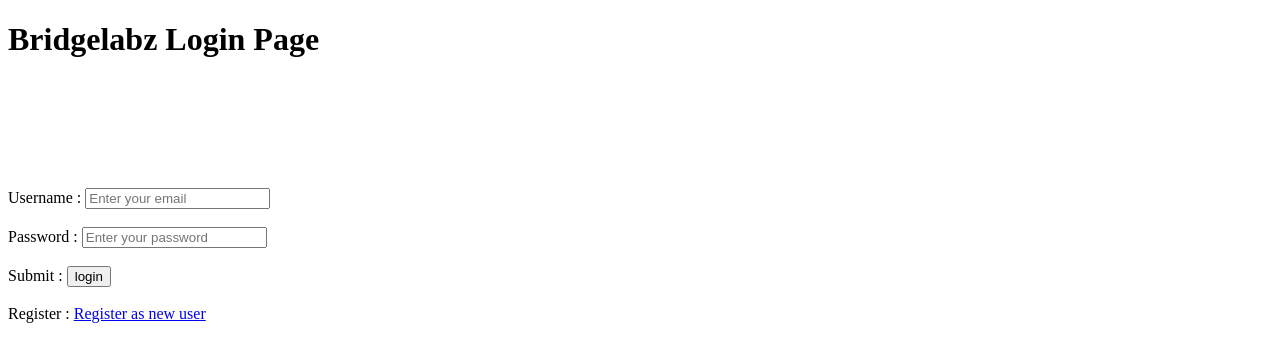
Repository: MarkFernandes11/Advanced-Java
Page: http://localhost/LoginPage1/
An editor plug-in stored every save of this project. The page is shown before and after the next save, followed by the edit.
The browser window is 1280 px wide. The pictures show the whole page.
The page is served by Tomcat 9. Nobody is signed in. The application's start-up code is not run.

Above is the page before, as saved 2019-09-24 09:46:00.

After the next save:
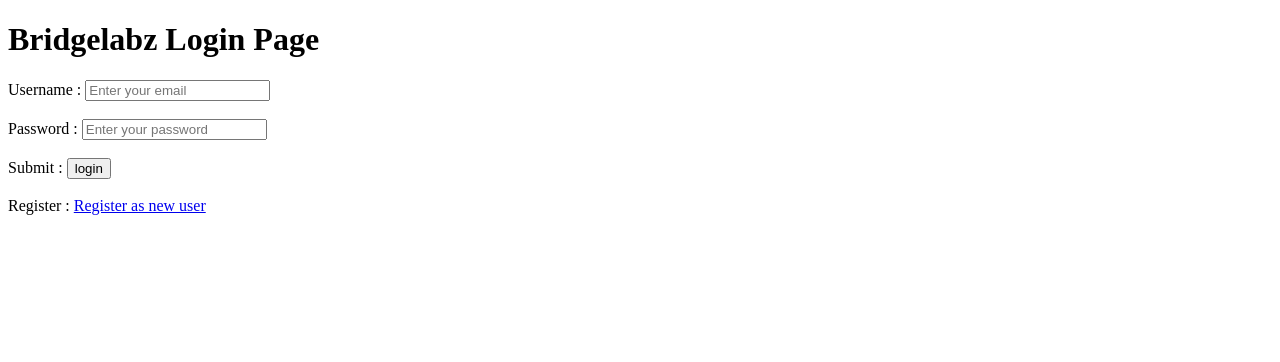
Saved 113 s later.
--- a/LoginPage1/WebContent/index.jsp
+++ b/LoginPage1/WebContent/index.jsp
@@ -15,12 +15,6 @@
 
 	</header>
 
-	<br><br>
-	${message}
-	<br><br>
-	${Registrationmessage}
-	<br><br>
-
 	<form action = "login" method = "post">
 
 			Username : <input type = "email" name = "email" placeholder = "Enter your email">
@@ -33,5 +27,11 @@
 			<br><br>
 			<!-- <input type = "submit" value = ""> -->
 	</form>
+
+	<br><br>
+	${message}
+	<br><br>
+	${Registrationmessage}
+	<br><br>
 </body>
 </html>
